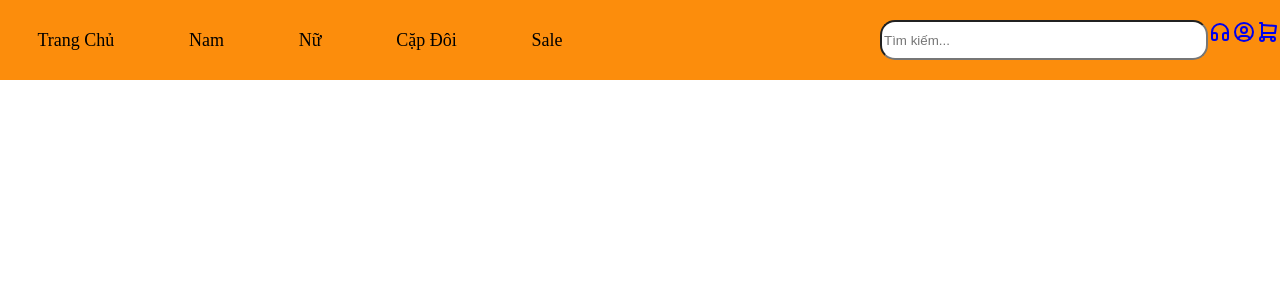
Repository: manhhieu120499/demo_page
Page: nam.html
The author's editor kept a copy of each file at every save. The page is drawn from the files as they stood at one save, then again after the next save.
The browser window is 1280 px wide. The pictures show the whole page.

Above is the page before, as saved 2023-03-04 16:02:32.

### nam.html
<!DOCTYPE html>
<html lang="en">
<head>
    <meta charset="UTF-8">
    <meta http-equiv="X-UA-Compatible" content="IE=edge">
    <meta name="viewport" content="width=device-width, initial-scale=1.0">
    <title>Document</title>
    <link rel="stylesheet" href="./style_nam.css">
</head>
<body>
    <div class="wrap">
        <div class="header">
            <div class="header_nav">
                <a href="#">Trang Chủ</a>
                <a href="#">Nam</a>
                <a href="#">Nữ</a>
                <a href="#">Cặp Đôi</a>
                <a href="#">Sale</a>
            </div>
            <div class="right_header">
                <input type="text" placeholder="Tìm kiếm...">
                <a href="#">
                    <svg xmlns="http://www.w3.org/2000/svg" class="icon icon-tabler icon-tabler-headphones" width="24" height="24" viewBox="0 0 24 24" stroke-width="2" stroke="currentColor" fill="none" stroke-linecap="round" stroke-linejoin="round">
                        <path stroke="none" d="M0 0h24v24H0z" fill="none"></path>
                        <path d="M4 13m0 2a2 2 0 0 1 2 -2h1a2 2 0 0 1 2 2v3a2 2 0 0 1 -2 2h-1a2 2 0 0 1 -2 -2z"></path>
                        <path d="M15 13m0 2a2 2 0 0 1 2 -2h1a2 2 0 0 1 2 2v3a2 2 0 0 1 -2 2h-1a2 2 0 0 1 -2 -2z"></path>
                        <path d="M4 15v-3a8 8 0 0 1 16 0v3"></path>
                     </svg>
                </a>
                <a href="#">
                    <svg xmlns="http://www.w3.org/2000/svg" class="icon icon-tabler icon-tabler-user-circle" width="24" height="24" viewBox="0 0 24 24" stroke-width="2" stroke="currentColor" fill="none" stroke-linecap="round" stroke-linejoin="round">
                        <path stroke="none" d="M0 0h24v24H0z" fill="none"></path>
                        <path d="M12 12m-9 0a9 9 0 1 0 18 0a9 9 0 1 0 -18 0"></path>
                        <path d="M12 10m-3 0a3 3 0 1 0 6 0a3 3 0 1 0 -6 0"></path>
                        <path d="M6.168 18.849a4 4 0 0 1 3.832 -2.849h4a4 4 0 0 1 3.834 2.855"></path>
                     </svg>
                </a>
                <a href="#">
                    <svg xmlns="http://www.w3.org/2000/svg" class="icon icon-tabler icon-tabler-shopping-cart" width="24" height="24" viewBox="0 0 24 24" stroke-width="2" stroke="currentColor" fill="none" stroke-linecap="round" stroke-linejoin="round">
                        <path stroke="none" d="M0 0h24v24H0z" fill="none"></path>
                        <path d="M6 19m-2 0a2 2 0 1 0 4 0a2 2 0 1 0 -4 0"></path>
                        <path d="M17 19m-2 0a2 2 0 1 0 4 0a2 2 0 1 0 -4 0"></path>
                        <path d="M17 17h-11v-14h-2"></path>
                        <path d="M6 5l14 1l-1 7h-13"></path>
                     </svg>
                </a>
            </div>
        </div>
    </div>
</body>
</html>

### style_nam.css
* {
    margin: 0;
    box-sizing: border-box;
}

.header {
    background-color: #FC8D0C;
    width: 100%;
    height: 80px;
    display: flex;
    justify-content: space-between;
    align-items: center;
}

.header .header_nav {
    display: flex;
    justify-content: space-around;
    width: 600px;
}

.header_nav > a {
    color: black;
    text-decoration: none;
    font-size: 18px;
}

.header .right_header {
    display: flex;
    justify-content: space-around;
    width: 400px;
}

.right_header > input {
    width: 400px;
    height: 40px;
    border-radius: 15px;
}

After the next save:
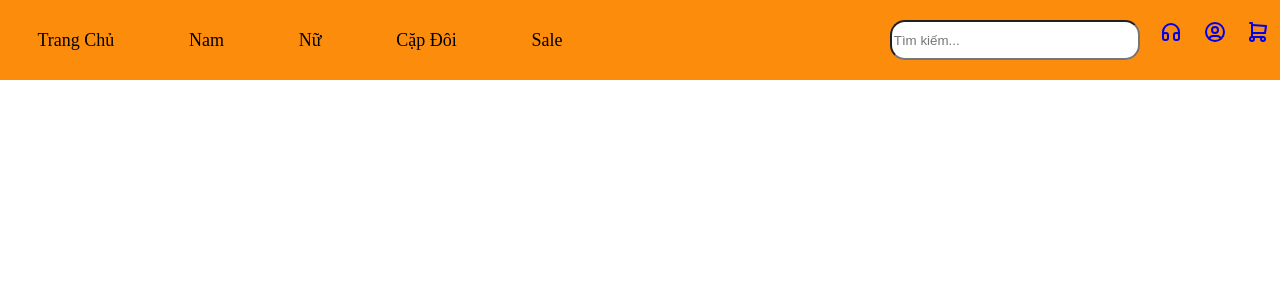
Saved 11 s later.
--- a/style_nam.css
+++ b/style_nam.css
@@ -31,7 +31,7 @@
 }
 
 .right_header > input {
-    width: 400px;
+    width: 250px;
     height: 40px;
     border-radius: 15px;
 }
